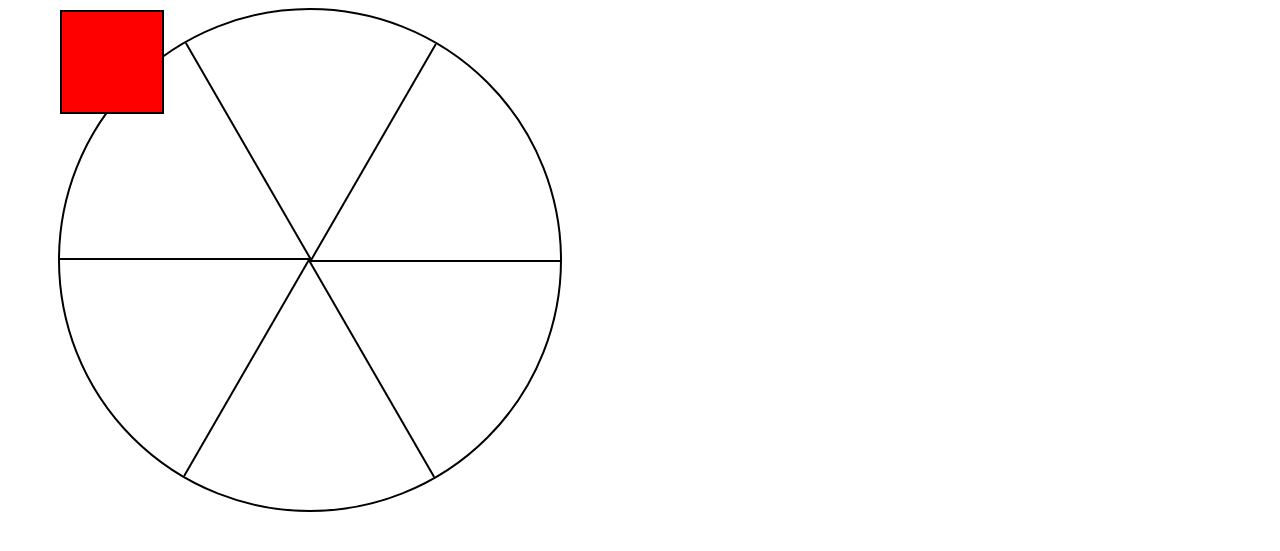
Repository: Lungdjos/ferris_wheel
Page: index.html
These files come from the project's save history. The page is drawn as it stood at one moment and after the next save; the edit follows.
The browser window is 1280 px wide. The pictures show the whole page.

Above is the page before, as saved 2024-01-11 09:10:42.

### index.html
<!DOCTYPE html>
<html lang="en">

<head>
    <meta charset="UTF-8">
    <meta name="viewport" content="width=device-width, initial-scale=1.0">
    <title>Ferris Wheel</title>
    <link rel="stylesheet" href="./styles.css">
</head>

<body>
    <div class="wheel">
        <span class="line"></span>
        <span class="line"></span>
        <span class="line"></span>
        <span class="line"></span>
        <span class="line"></span>
        <span class="line"></span>
        <div class="cabin"></div>
        <div class="cabin"></div>
        <div class="cabin"></div>
        <div class="cabin"></div>
        <div class="cabin"></div>
        <div class="cabin"></div>
    </div>

</body>

</html>

### styles.css
/* styling for the wheel */

.wheel {
    border: 2px solid black;
    border-radius: 50%;
    margin-left: 50px;
    position: absolute;
    height: 55vw;
    width: 55vw;
    max-width: 500px;
    max-height: 500px;
}


/* styling for the line */

.line {
    background-color: black;
    height: 2px;
    width: 50%;
    top: 50%;
    left: 50%;
    position: absolute;
    transform-origin: 0% 0%;
}

.line:nth-of-type(2) {
    transform: rotate(60deg);
}

.line:nth-of-type(3) {
    transform: rotate(120deg);
}

.line:nth-of-type(4) {
    transform: rotate(180deg);
}

.line:nth-of-type(5) {
    transform: rotate(240deg);
}

.line:nth-of-type(6) {
    transform: rotate(-60deg);
}


/* styling for the cabin */

.cabin {
    background-color: red;
    width: 20%;
    height: 20%;
    border: 2px solid;
    position: absolute;
    transform-origin: 50% 0%;
}

.cabin:nth {
    right: -8.5%;
    top: 50%;
}

After the next save:
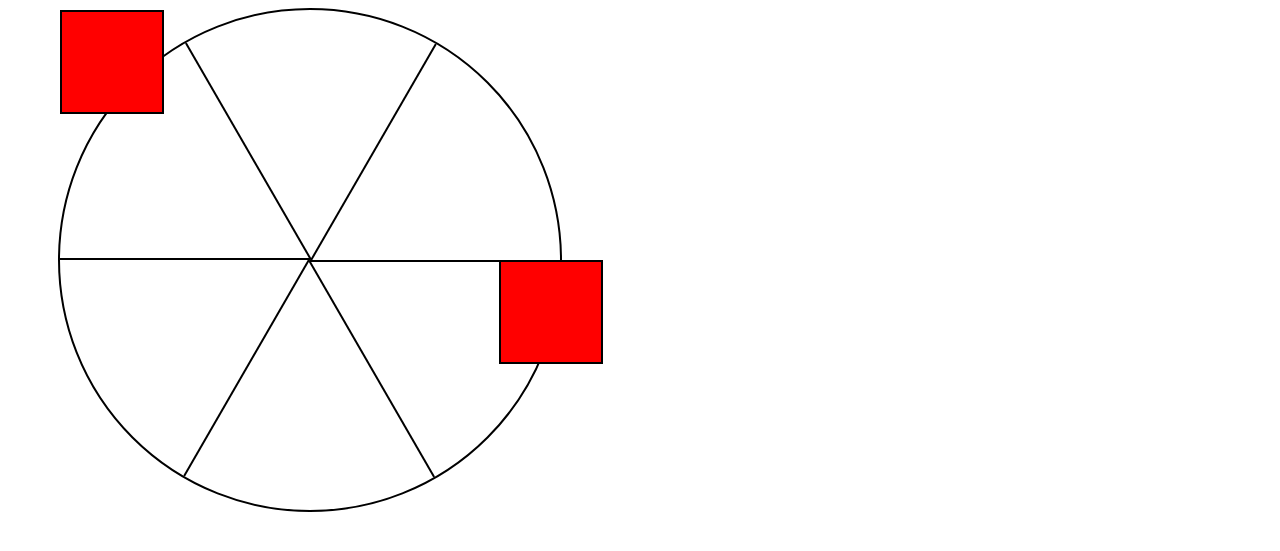
Saved 4 s later.
--- a/styles.css
+++ b/styles.css
@@ -56,7 +56,7 @@
     transform-origin: 50% 0%;
 }
 
-.cabin:nth {
+.cabin:nth-of-type(1) {
     right: -8.5%;
     top: 50%;
 }
